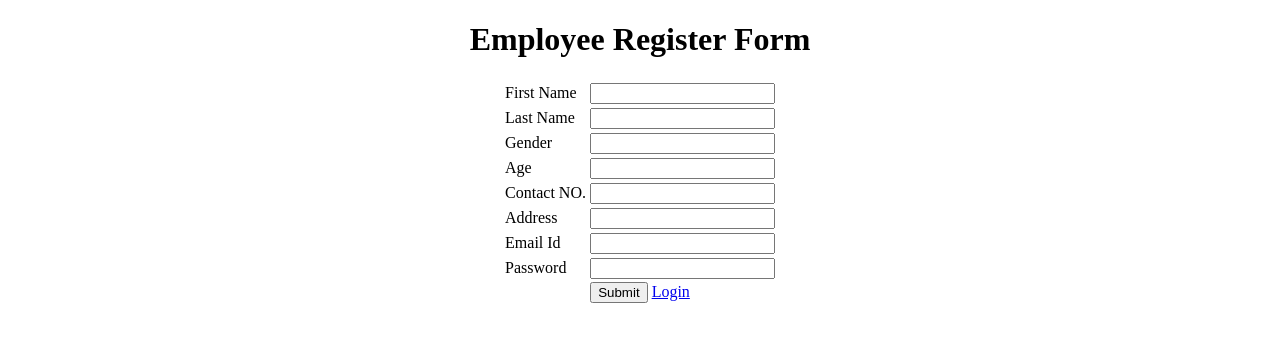
Repository: pawankas/Java_Mini_Project
Page: http://localhost/AirReservation/registeruser.jsp
These files come from the project's save history. The page is drawn as it stood at one moment and after a run of saves; the edit follows.
The browser window is 1280 px wide. The pictures show the whole page.
The page is served by Tomcat 9.

Above is the page before, as saved 2022-03-12 03:49:09.

After the next 2 saves:
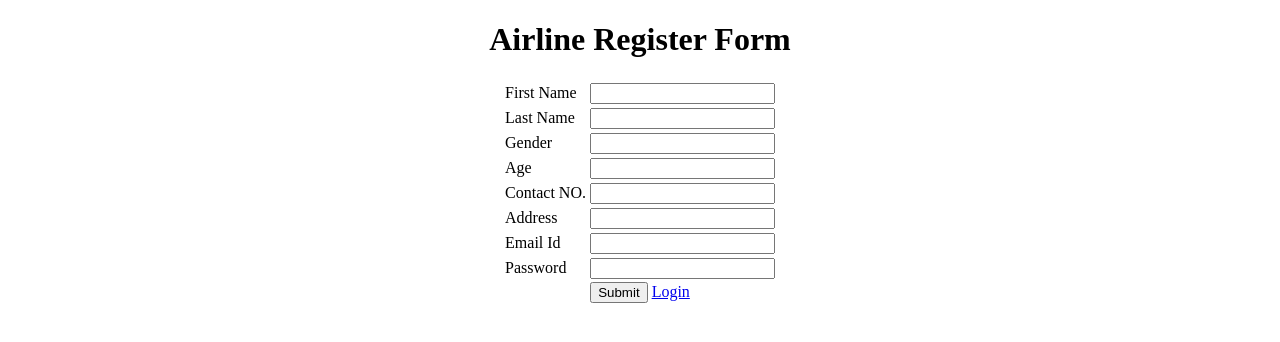
The 2 saves are shown as one change because they came seconds apart.
The last was saved 26 s later.
--- a/final/AirReservation/WebContent/registeruser.jsp
+++ b/final/AirReservation/WebContent/registeruser.jsp
@@ -8,7 +8,7 @@
 </head>
 <body>
  <div align="center">
-  <h1>Employee Register Form</h1>
+  <h1>Airline Register Form</h1>
   <form action="<%= request.getContextPath() %>/register" method="post">
    <table style="with: 80%">
     <tr>
